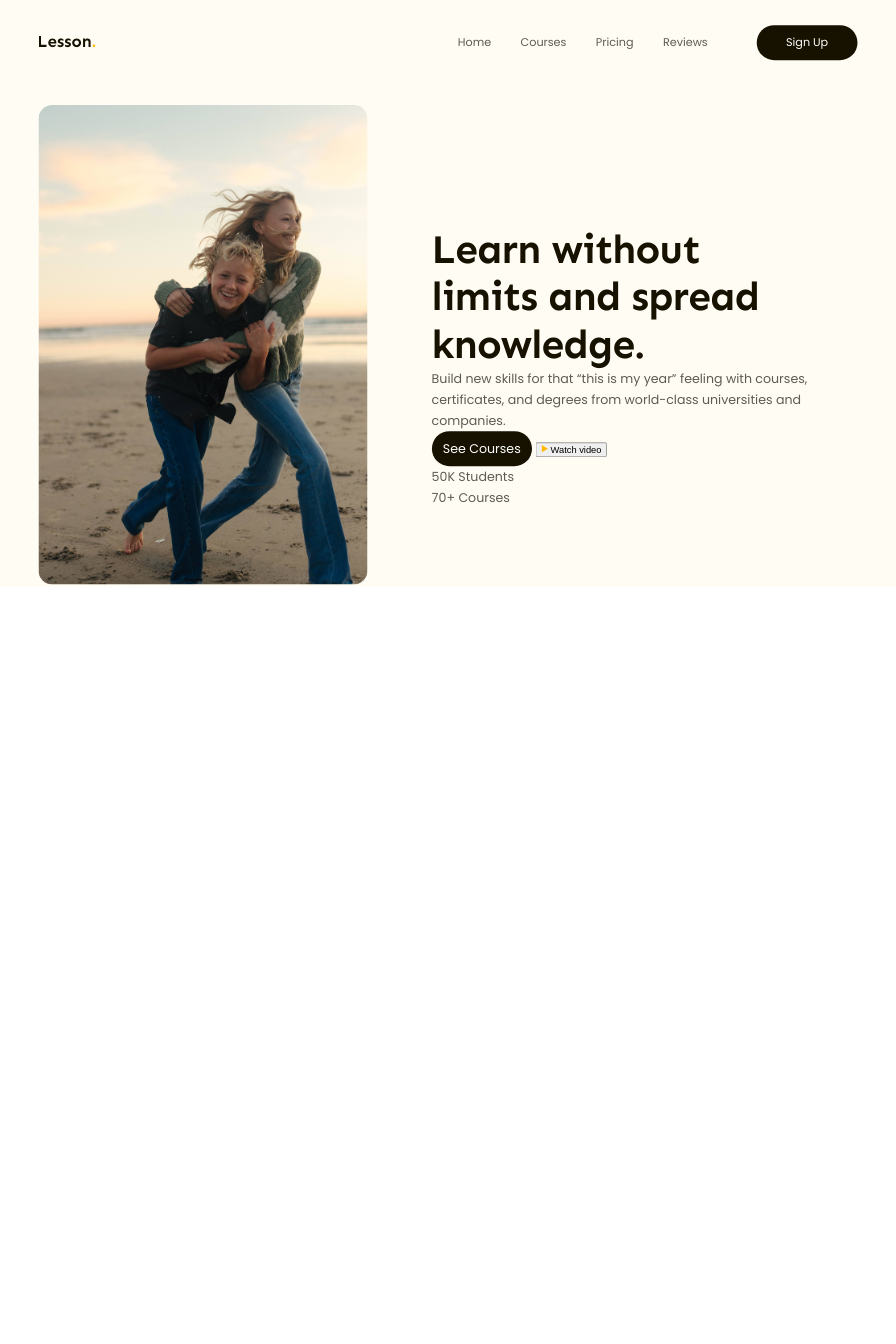
Repository: tinhtranjp/htmlcss-01
Page: index.html
An editor plug-in stored every save of this project. The page is shown before and after a run of saves, followed by the edit.
The browser window is 1280 px wide. The pictures show the part of the page from y = 0 to 1920 px (the page is 5000 px tall), at 70% of full size.

Above is the page before, as saved 2023-01-20 05:16:39.

### index.html
<!DOCTYPE html>
<html lang="en">
  <head>
    <meta charset="UTF-8" />
    <meta http-equiv="X-UA-Compatible" content="IE=edge" />
    <meta name="viewport" content="width=device-width, initial-scale=1.0" />
    <title>Project-01</title>
    <link rel="stylesheet" href="./assets/css/reset.css" />
    <link rel="stylesheet" href="./assets/css/base.css" />
    <link rel="stylesheet" href="./assets/css/styles.css" />
    <link rel="preconnect" href="https://fonts.googleapis.com" />
    <link rel="preconnect" href="https://fonts.gstatic.com" crossorigin />
    <link
      href="https://fonts.googleapis.com/css2?family=Poppins:ital,wght@0,400;0,500;0,600;0,700;1,400&family=Sen:wght@700&display=swap"
      rel="stylesheet"
    />
  </head>
  <body>
    <div class="main" style="height: 5000px">
      <!-- Header -->
      <header class="header fixed">
        <div class="content">
          <div class="body">
            <a href=""
              ><img src="./assets/img/Lesson..svg" alt="Lesson." class="logo"
            /></a>

            <nav class="nav">
              <ul class="nav-list">
                <li class="nav-item">
                  <a href="#!">Home</a>
                </li>
                <li class="nav-item">
                  <a href="#!">Courses</a>
                </li>
                <li class="nav-item">
                  <a href="#!">Pricing</a>
                </li>
                <li class="nav-item">
                  <a href="#!">Reviews</a>
                </li>
              </ul>
            </nav>

            <div class="acction">
              <a href="#!" class="btn acction-btn">Sign Up</a>
            </div>
          </div>
        </div>
      </header>

      <!-- Hero -->
      <div class="hero">
        <div class="content">
          <div class="body">
            <div class="media">
              <img
                src="./assets/img/hero-img.jpg"
                alt="Learn without limits and spread knowledge."
                class="img-media"
              />
            </div>
            <div class="info">
              <h1 class="title">Learn without limits and spread knowledge.</h1>
              <p class="desc">
                Build new skills for that “this is my year” feeling with
                courses, certificates, and degrees from world-class universities
                and companies.
              </p>
              <div class="accition">
                <a href="" class="btn">See Courses</a>
                <button>
                  <img src="./assets/img/Polygon 2.svg" alt="" />
                  <span>Watch video</span>
                </button>
              </div>
              <p class="desc"></p>
              <p class="qty"><strong>50K</strong> Students</p>
              <p class="qty"><strong>70+</strong> Courses</p>
            </div>
          </div>
        </div>
      </div>
    </div>
  </body>
</html>

### assets/css/base.css
* {
  box-sizing: border-box;
}

:root {
  --primary-color: #ffb900;
}

html {
  font-size: 62.5%;
}

body {
  font-size: 1.6rem;
  font-family: "Poppins", sans-serif;
  font-weight: 400;
  color: #5f5b53;
}

.content {
  width: 1170px;
  max-width: calc(100% - 48px);
  margin-left: auto;
  margin-right: auto;
}

h1,
h2 {
  font-family: "Sen", sans-serif;
  font-weight: 700;
}

.text-line2 {
  display: -webkit-box;
  -webkit-line-clamp: 2;
  -webkit-box-orient: vertical;
  overflow: hidden;
}

.text-line2.text-line3 {
  -webkit-line-clamp: 3;
}

a {
  text-decoration: none;
}

.btn {
  display: inline-block;
  min-width: 118px;
  padding: 0 16px;
  height: 50px;
  line-height: 50px;
  text-align: center;
  background: #171100;
  border-radius: 25px;
  color: #fff;
}

.btn:hover {
  cursor: pointer;
  opacity: 0.9;
}

### assets/css/styles.css
/* ========================> Header <======================= */

.header {
  padding-top: 28px;
  background: #fffcf4;
}

.fixed {
  position: sticky;
  left: 0;
  top: -28px;
}

.header .logo:hover {
  cursor: pointer;
}

.header .body {
  display: flex;
  align-items: center;
  padding: 8px 0;
}

.header nav {
  margin-left: auto;
}

.header .nav-list {
  display: flex;
  align-items: center;
}

.header .nav-item > a {
  display: inline-block;
  padding: 8px 21px;
  line-height: 1.75;
  color: #5f5b53;
}

.header .nav-item > a::after {
  content: "";
  display: block;
  width: 0;
  height: 1.2px;
  background: var(--primary-color);
  transition: ease 0.4s;
}

.header .nav-item > a:hover::after {
  width: 100%;
}

.header .acction {
  margin-left: 49px;
}

.acction-btn {
  min-width: 144px;
}

.acction-btn:hover {
  background-color: transparent;
  color: #333;
  background-color: var(--primary-color);
  opacity: 0.7;
  transition: ease-in 0.2s;
}

/* ======================> Hero <==================== */

.hero {
  padding-top: 56px;
  background: #fffcf4;
}

.hero .body {
  display: flex;
}

.hero .media {
  width: 48%;
}

.hero .img-media {
  width: 470px;
  height: 685px;
  object-fit: cover;
  border-radius: 20px;
}

.hero .info {
  width: 52%;
}

.hero .info .title {
  margin-top: 72px;
  font-size: 5.8rem;
  line-height: 1.17;
  letter-spacing: -0.02em;
  color: #171100;
  width: 470px;
}

.hero .info:nth-child(2) {
  margin-top: 100px;
  font-size: 1.8rem;
  line-height: 1.67;
  color: #5f5b53;
}

Loaded but not shown: assets/css/reset.css (common file)

After the next 2 saves:
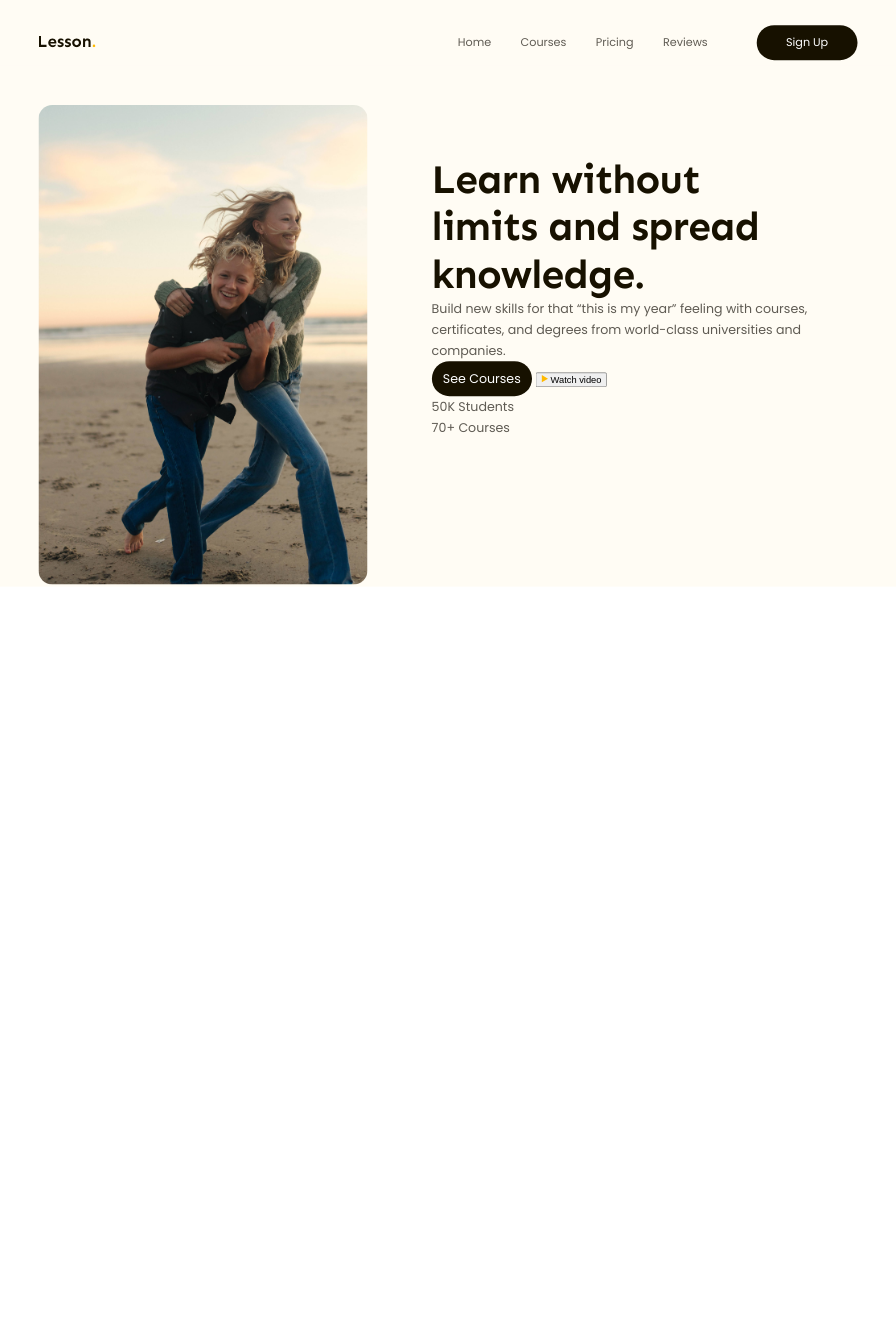
The 2 saves are shown as one change because they came seconds apart.
The last was saved 13 s later.
--- a/assets/css/styles.css
+++ b/assets/css/styles.css
@@ -102,7 +102,6 @@
 }
 
 .hero .info:nth-child(2) {
-  margin-top: 100px;
   font-size: 1.8rem;
   line-height: 1.67;
   color: #5f5b53;
